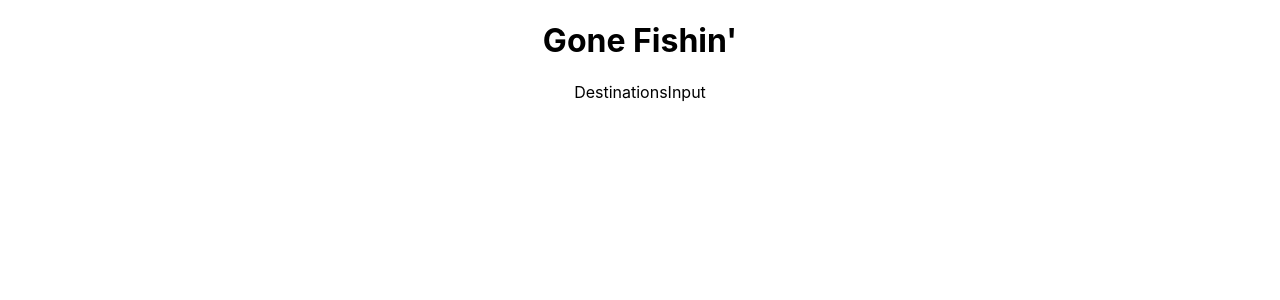
Repository: randysteele/gonefishin-frontend
Page: / (app in gone-fishin-frontend/)
An editor plug-in stored every save of this project. The page is shown before and after a run of saves, followed by the edit.
The browser window is 1280 px wide. The pictures show the whole page.
The page's requests for data from a server got no answer. The project was rebuilt for these pictures with package versions that can differ from the ones it lists, and the page was loaded fresh each time. No one was signed in, and anything a server would have sent is missing.

Above is the page before, as saved 2020-08-03 11:39:01.

After the next 2 saves:
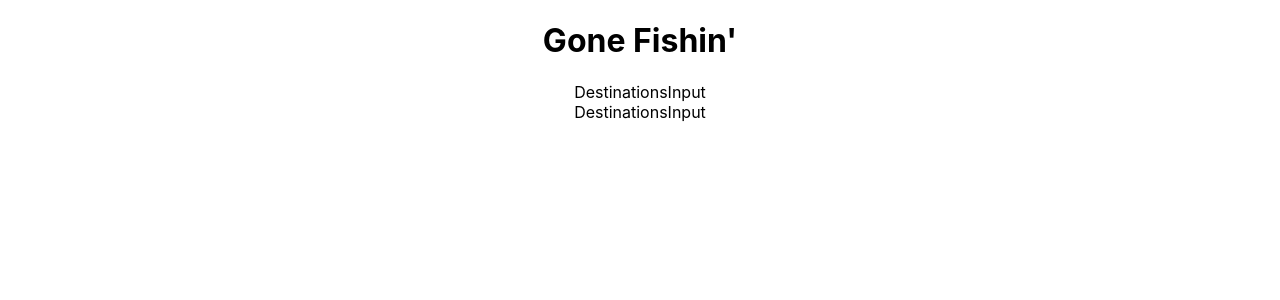
The 2 saves are shown as one change because 1 did not build or start.
The last was saved 27 s later.
--- a/gone-fishin-frontend/src/App.js
+++ b/gone-fishin-frontend/src/App.js
@@ -16,8 +16,8 @@
       <div className="App" >
         <h1>Gone Fishin'</h1>
       <DestinationsContainer />
-      {/* <DestinationsInput />
-      <DestinationsList /> */}
+      <DestinationsInput />
+      <DestinationsList />
 
       </div>
     )
--- a/gone-fishin-frontend/src/components/DestinationsList.js
+++ b/gone-fishin-frontend/src/components/DestinationsList.js
@@ -8,7 +8,7 @@ const DestinationsList = (props) => {
 
     return (
         <div>
-            {props.destinations.map(dest => <li key={dest.id}> - {dest.name} - {dest.city} - {dest.state} - {dest.description}</li>)}
+            {/* {props.destinations.map(dest => <li key={dest.id}> - {dest.name} - {dest.city} - {dest.state} - {dest.description}</li>)} */}
         </div>
     )
 }

After the save that followed:
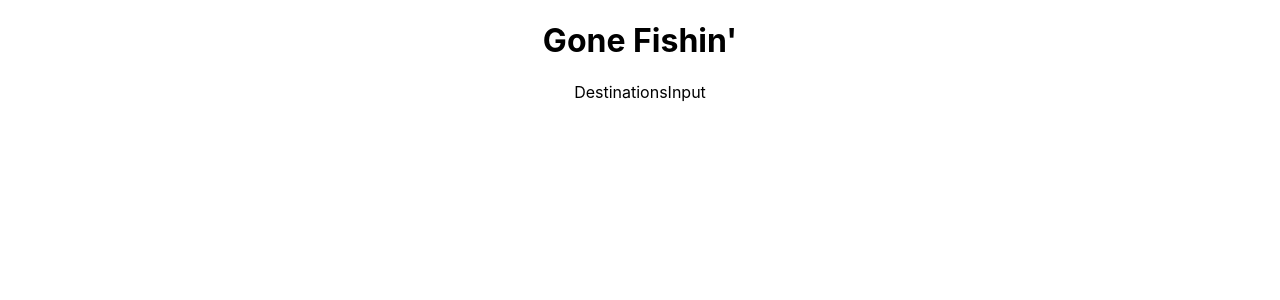
Saved 33 s later.
--- a/gone-fishin-frontend/src/App.js
+++ b/gone-fishin-frontend/src/App.js
@@ -16,7 +16,7 @@
       <div className="App" >
         <h1>Gone Fishin'</h1>
       <DestinationsContainer />
-      <DestinationsInput />
+
       <DestinationsList />
 
       </div>
